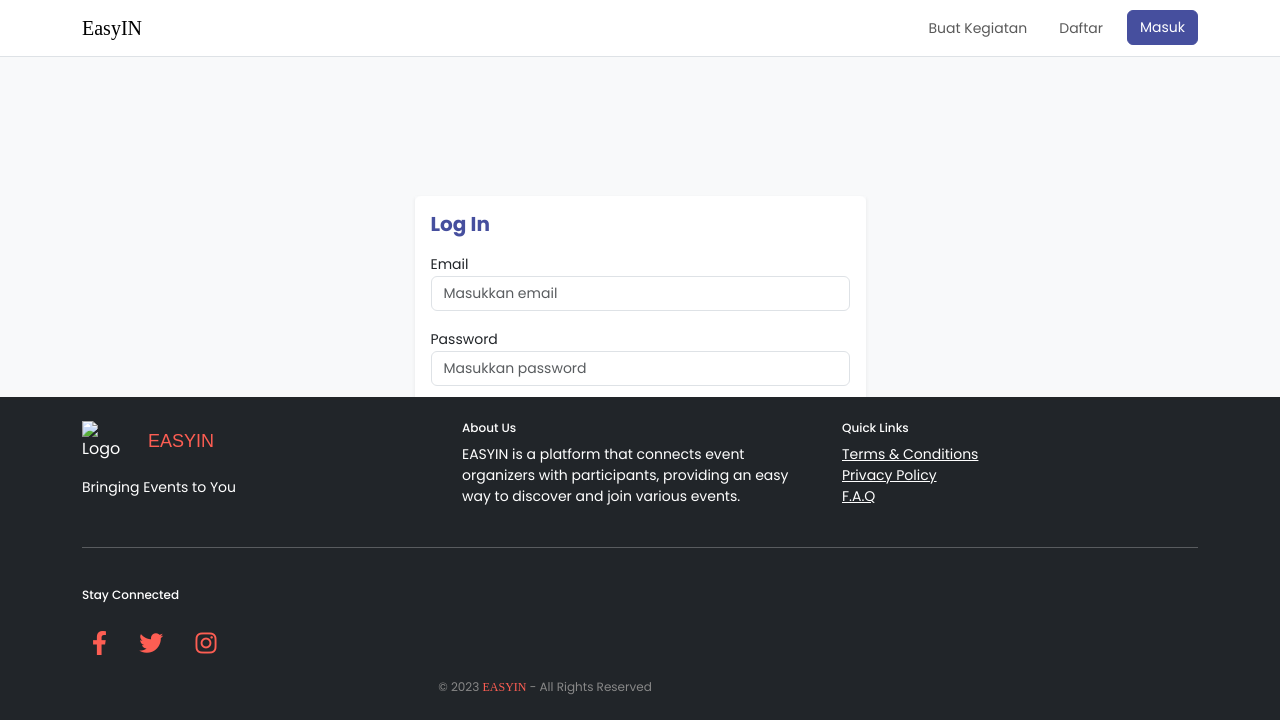
Repository: Imadaaa/Ticketing_Online
Page: http://localhost/login
These files come from the project's save history. The page is drawn as it stood at one moment and after a run of saves; the edit follows.
The browser window is 1280 px wide. The pictures show the whole page.
Some web fonts or font styles are not loaded; a fallback is used. The page is served by the project's Laravel application, run on PHP 8.4 with Laravel 10.

Above is the page before, as saved 2023-08-22 02:32:11.
Console error: ReferenceError: $ is not defined

After the next 3 saves:
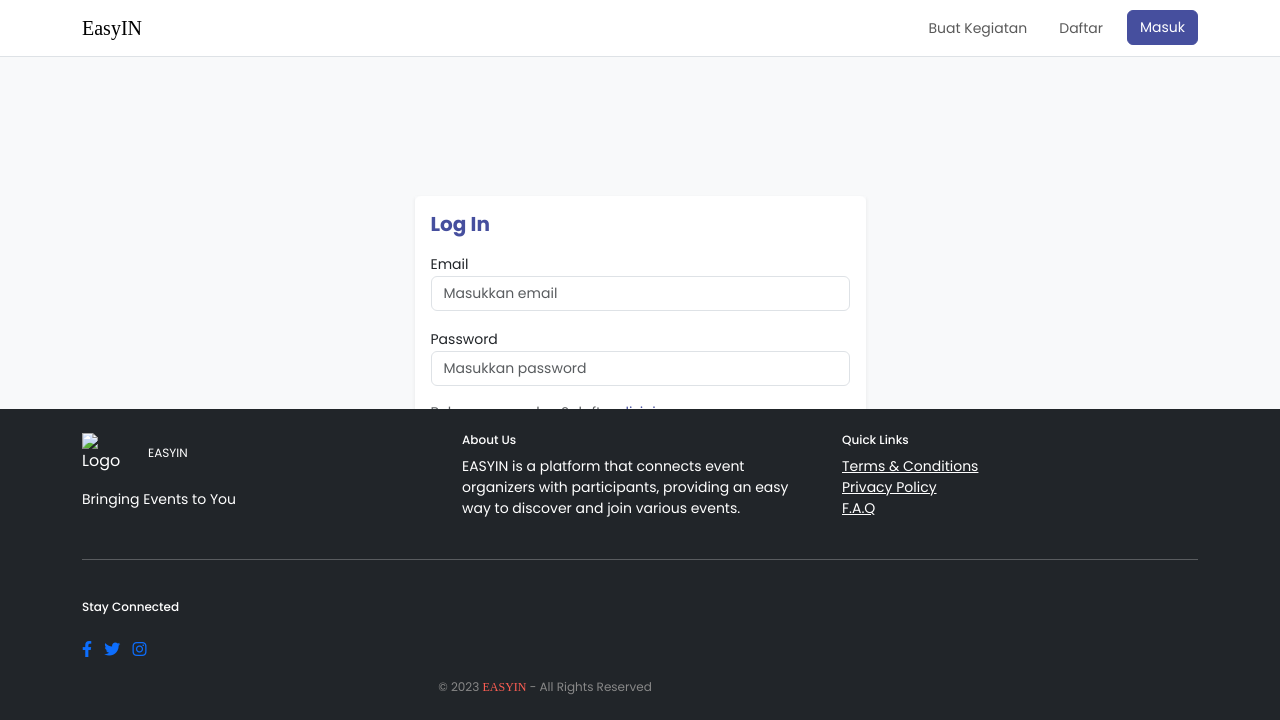
The 3 saves are shown as one change because they came seconds apart.
The last was saved 8 s later.
--- a/resources/views/template/landing-page/partials/_footer.blade.php
+++ b/resources/views/template/landing-page/partials/_footer.blade.php
@@ -39,28 +39,3 @@
         </div>
     </div>
 </footer>
-
-<style>
-    .footer-fixed {
-        position: absolute;
-        bottom: 0;
-        width: 100%;
-    }
-
-    .unique-font {
-        font-family: 'Audiowide', sans-serif;
-        font-size: 18px;
-        color: #fd5e53;
-    }
-
-    .social-link {
-        font-size: 24px;
-        color: #fd5e53;
-        margin: 0 10px;
-        transition: transform 0.3s ease-in-out;
-    }
-
-    .social-link:hover {
-        transform: scale(1.2);
-    }
-</style>
